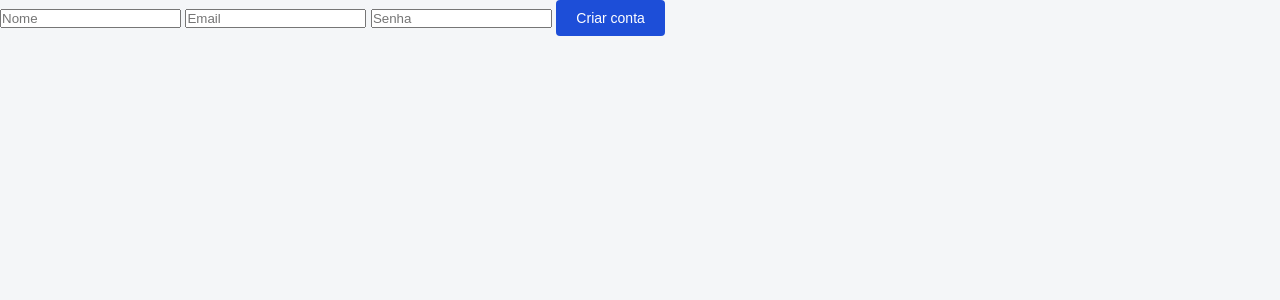
Repository: juvencio009/infratech-web
Page: register.html
The author's editor kept a copy of each file at every save. The page is drawn from the files as they stood at one save, then again after the next save.
The browser window is 1280 px wide. The pictures show the whole page.

Above is the page before, as saved 2025-12-18 14:55:21.

After the next save:
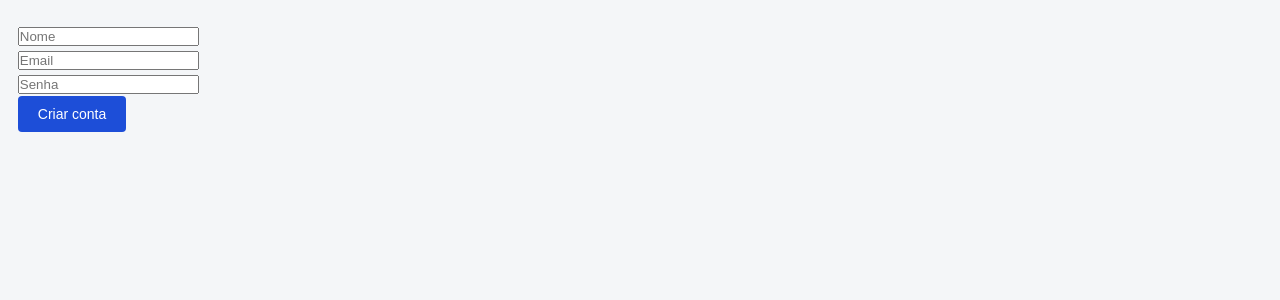
Saved 11 s later.
--- a/register.html
+++ b/register.html
@@ -8,11 +8,13 @@
 </head>
 <body>
     <form id="registerForm">
+        <pre>
 
     <input type="text" id="name" placeholder="Nome" required />
     <input type="email" id="email" placeholder="Email" required />
     <input type="password" id="password" placeholder="Senha" required />
     <button>Criar conta</button>
+        </pre>
     </form>
     <script src="src/main.js"></script>
 </body>
